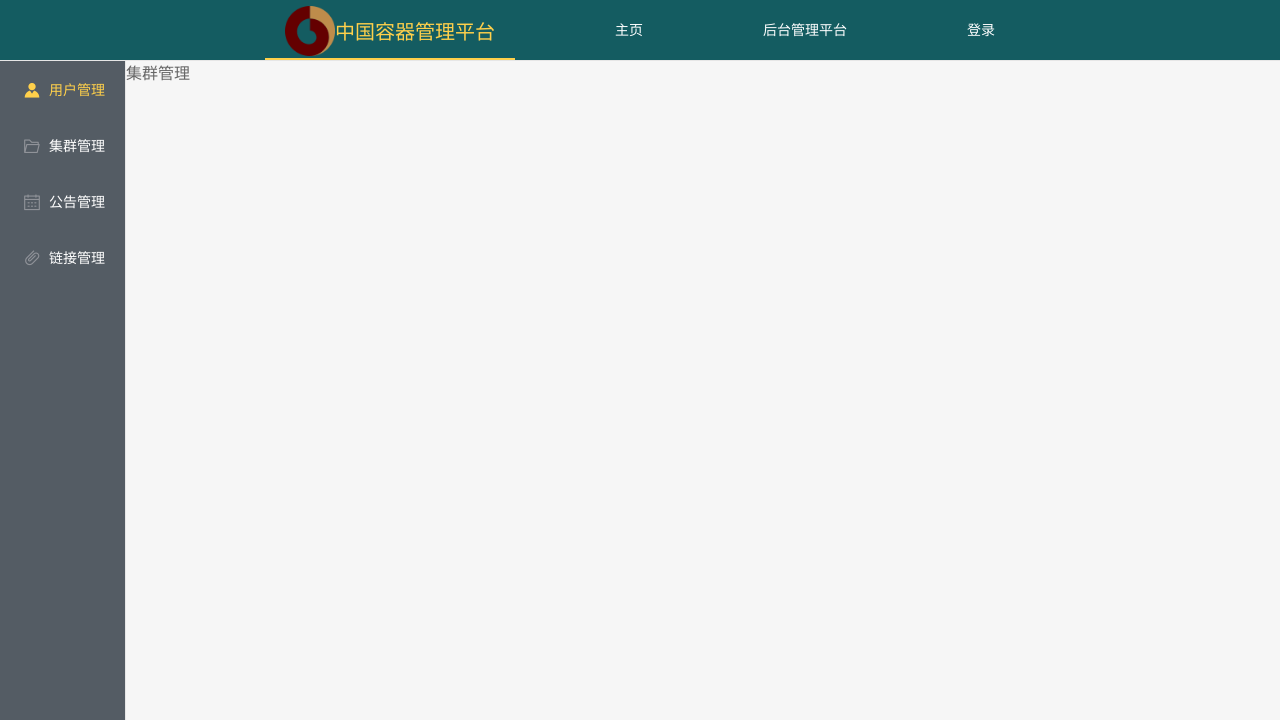
Repository: lei123zhou/zhongjin
Page: /main/management/colony
These files come from the project's save history. The page is drawn as it stood at one moment and after a run of saves; the edit follows.
The browser window is 1280 px wide. The pictures show the whole page.
The project was rebuilt for these pictures with package versions that can differ from the ones it lists, and the page was loaded fresh each time. Also part of the build but not shown: vue.config.js.

Above is the page before, as saved 2022-08-29 22:01:07.

After the next 3 saves:
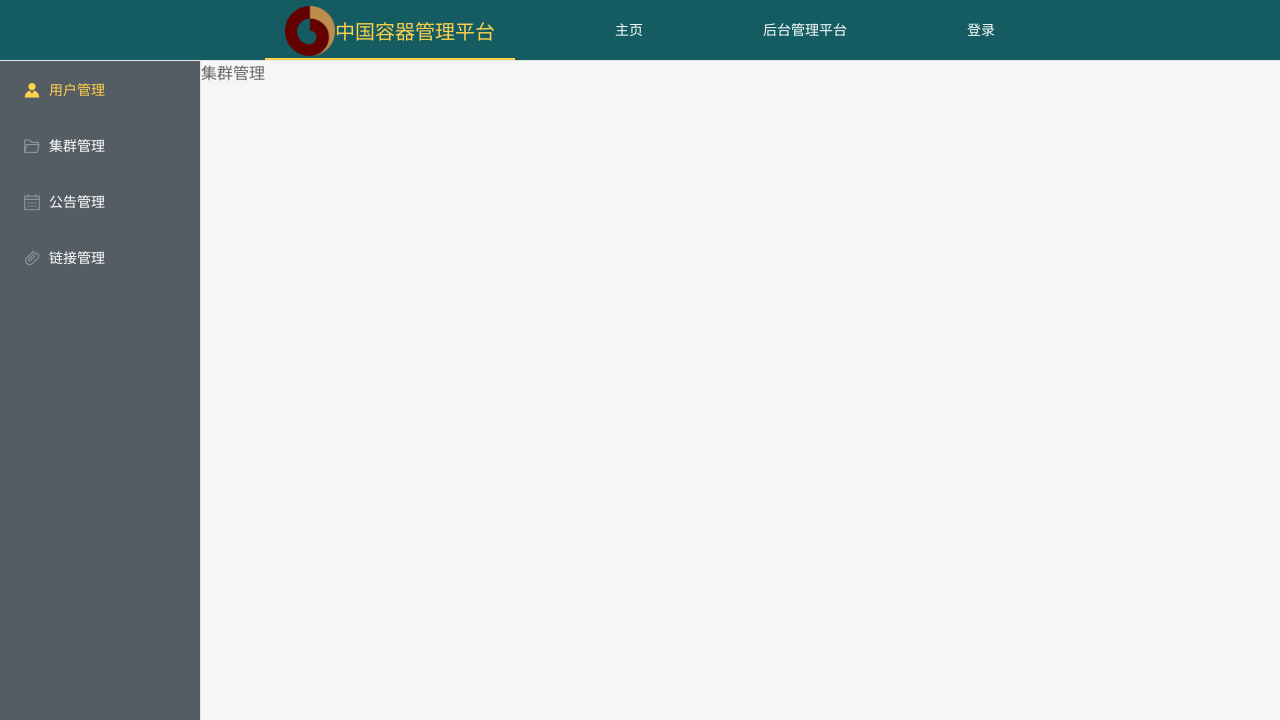
The 3 saves are shown as one change because 1 did not build or start and some came seconds apart.
The last was saved 11 s later.
--- a/src/pages/management/ManagementPage.vue
+++ b/src/pages/management/ManagementPage.vue
@@ -49,6 +49,9 @@ export default {
   display: flex;
   width: 100%;
   height: 100%;
+  .el-menu{
+    width: 200px;
+  }
 }
 
 </style>
